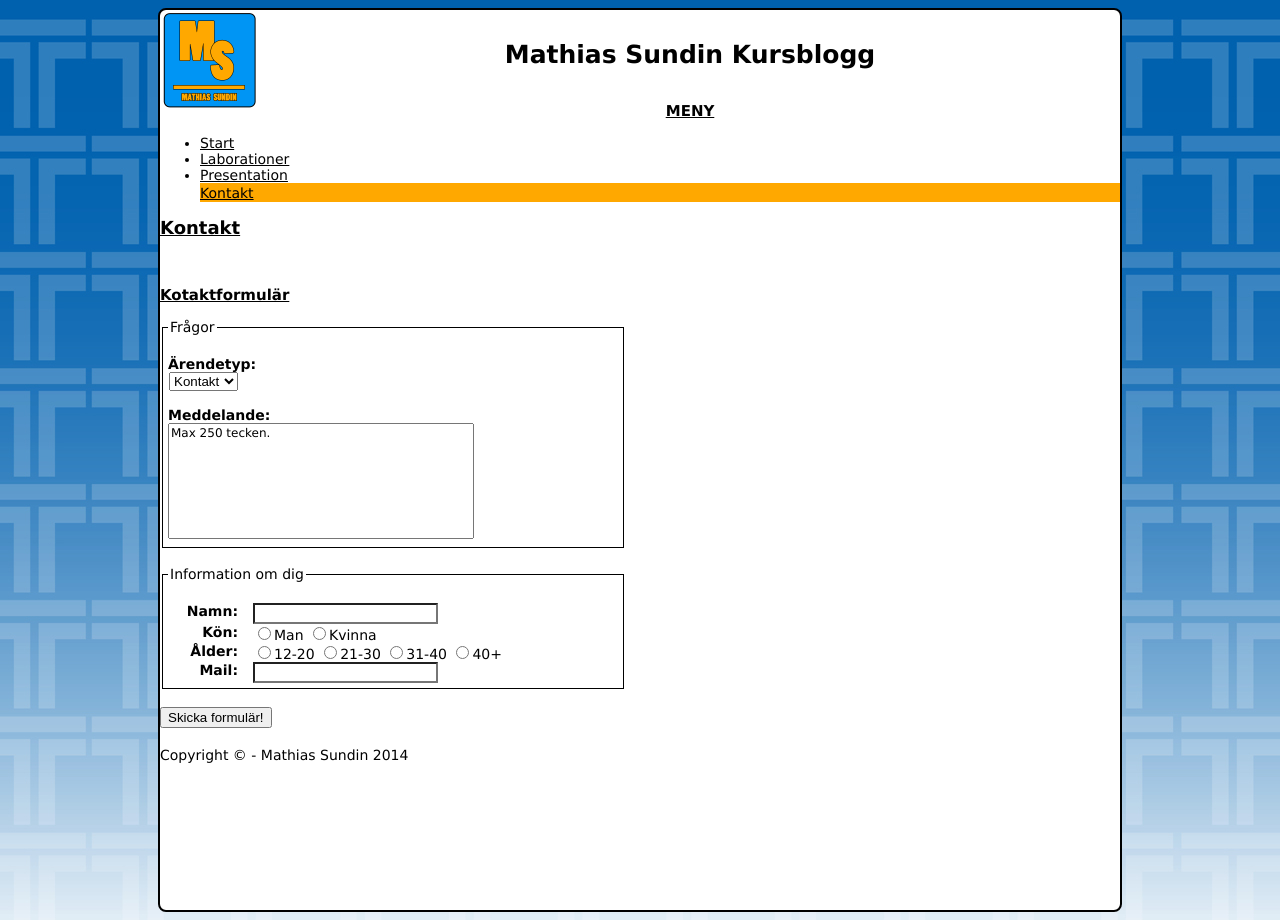
Repository: ms223uh/1ik415-laborationer
Page: www/pages/kontakt.html
The author's editor kept a record of every edit. The page is drawn from the files as they stood at one moment, then again after the next edit.
The browser window is 1280 px wide. The pictures show the whole page.

Above is the page before.

### www/pages/kontakt.html
<!DOCTYPE html>

<html lang="sv">

    <head>
       <meta http-equiv="content-type" content="text/html; charset=utf-8" />
        <meta name="viewport" content="width=device-width, initial-scale=1.0" />

    <link rel="stylesheet" href="../css/style.css">
    <link rel="stylesheet" type="text/css" media="only screen and (max-width: 480px)" href="../css/mobile.css" />
    <link rel="stylesheet" href="../css/print.css">

        <title>Mathias Sundin</title>
    </head>
    <body>
    <!--Startsida-->

    <section>


    <head>

           <img src="..pics/logo1.png" width="100" height="100" alt="Logotyp för hemsidan" style="float: left;">

            <h4>Mathias Sundin Kursblogg</h4>







        </head>




<meny>

<header3><h3>MENY</h3></header3>
        <ul>
            <li><a class="index" href="../index.html">Start</a></li>
            <li><a class="laborationer" href="laborationer.html">Laborationer</a></li>
            <li><a class="presentation" href="presentation.html">Presentation</a></li>
            <li class="active"><a class="kontakt" href="kontakt.html">Kontakt</a></li>

        </ul>





</div>

        <div id="content">


        <h2>Kontakt</h2>

        <br>

        <h3>Kotaktformulär</h3>

        <form action="http://voyager.lnu.se/tekinet/kurser/dtt/wp_webbintro/form.php" method="post" >
        <fieldset>
        <br>
        <legend>Frågor</legend>
            <label for="Ärende">Ärendetyp: <select name="Ärende"></label>
                <option value="Kontakt">Kontakt</option>
                <option value="Support">Support</option>
            </select>
            <br>
            <br>
            <label for="Meddelande">Meddelande:</label>
            <br>
            <textarea rows="5" cols="30" maxlength="250" name="Meddelande" required>Max 250 tecken.</textarea>

        </fieldset>

        <br>

        <fieldset>


        <legend>Information om dig</legend>
        <br>
            <label for="Namn">Namn:</label> <input type="text" name="Namn" required>
            <br>
            <label for="Kön">Kön:</label> <input type="radio" name="Kön" value="man" >Man
            <input type="radio" name="Kön" value="kvinna" required>Kvinna
            <br>
            <label for="Ålder">Ålder:</label> <input type="radio" name="Ålder" value="12-20" required>12-20 <input type="radio" name="Ålder" value="21-30"required>21-30 <input type="radio" name="Ålder" value="31-40" required>31-40 <input type="radio" name="Ålder" value="40+" required>40+
            <br>
            <label for="Mail">Mail:</label> <input type="text" name="Mail" required>
        </fieldset>
           <br>
           <button type="submit">Skicka formulär!</button>
          </form>




           </div>

    <div id="footer">

        <p>Copyright © - Mathias Sundin 2014</p>

    </div>


        </div>




    </body>
</html>

### www/css/style.css

/* Layout */

body
{
    background: url(pics/backgroundimage2.jpeg) no-repeat;
}


section
{
    background-color: #ffffff;
    width: 960px;
    height: 900px;
    margin-right: auto;
    margin-left: auto;
    border: solid 2px #000000;
    border-radius: 8px;

}




header
{
    width: 958px;
    height: 155px;
    background-color: #FFFFFF;
    border-radius: 8px;
    border-bottom: solid 2px #000000;
    margin-top: 0px;
    background: url(pics/backgroundimage8.jpeg) no-repeat;


}


header2
{
    width: auto;
    height: 25px;
    background-color: #0095F4;
    border-bottom: solid 2px #000000;
    text-align: center;
    border-radius: 8px;
    margin-top: 0px;
}


header3
{
    width: auto;
    height: 25px;
    background-color: #0095F4;
    border-bottom: solid 2px #000000;
    text-align: center;
    border-radius: 8px;
    margin-top: -15px;
}




main
{
    height: 695px;
    background-color: #ffffff;
    margin-left: 205px;
    margin-top: 0px;
    padding: 8px;
    overflow: auto;
    border-left: solid 2px #000000;
}




nav
{
    /*background-image: url('pics/sprite.png') no-repeat;*/
    width: 190px;
    height: 182px;
    background-color: #FFFFFF;
    border: solid 2px #000000;
    float: left;
    margin-top: 7px;
    margin-left: 6px;
    border-radius: 8px;

}


nav a:link { text-decoration: none; color: #000000; font-family: verdana; font-size: 16px;}
nav a:visited { text-decoration: none; color: #000000; font-family: verdana; font-size: 16px; }
nav a:active { text-decoration: none; color: #000000; font-family: verdana; font-size: 16px; }
nav li a:hover { text-decoration: none; color: #CCCCCC; font-family: verdana; font-size: 16px; background: #0095F4; }


nav li
{
    list-style: none;
    margin: 8px;
}

nav a
{
    background-image: url('pics/sprite.png');
    background-repeat:no-repeat;
    padding-left: 28px;
    padding-bottom: 5px;
}




footer
{
    background-color: #0095F4;
    width: auto;
    height: 30px;
    border-radius: 8px;
    border-top: solid 2px #000000;
    text-align: center;
    vertical-align: middle;
    margin-top: -36px;

}


footer2
{
    background-color: #0095F4;
    width: auto;
    height: 30px;
    border-radius: 8px;
    border-top: solid 2px #000000;
    text-align: center;
    vertical-align: middle;

}


footer3
{
    width: auto;
    height: 25px;
    background-color: #0095F4;
    border-top: solid 2px #000000;
    text-align: center;
    border-radius: 8px;
    margin-top: -157px;
}


quotes
{
    wid
    font-family: verdana;
    font-size: 12px;
    color: #333
    border: solid 1px #000;
    display: block;
    font-style: italic;



}



/* Typografi */


p
{
    font-family: Verdana; font-size: 14px; color: #000000;
    white-space: pre-line;
    padding-top: 5px;
}

h2
{
    font-family: Verdana; font-size: 18px; color: #000000; text-decoration: bold; text-decoration: underline;
}

h3
{
   font-family: Verdana; font-size: 15px; color: #000000; text-decoration: bold; text-decoration: underline;
}


h4
{
   font-family: Verdana; font-size: 25px; color: #000000; text-decoration: bold;
   text-align: center;
   margin-top: 0;
   padding-top: 30px;
}




h5
{
   font-family: Verdana; font-size: 15px; color: #5D5F60; text-decoration: bold;


}


ol
{
    font-family: Verdana; font-size: 14px; color: #000000;

}

ul
{
font-family: Verdana; font-size: 14px; color: #000000;

}

a:link { text-decoration: underline; color: #000000; font-family: verdana; font-size: 14px;}
a:visited { text-decoration: none; color: #000000; font-family: verdana; font-size: 14px; }
a:active { text-decoration: none; color: #000000; font-family: verdana; font-size: 14px; }
a:hover { text-decoration: none; color: #CCCCCC; font-family: verdana; font-size: 14px; }





thead
{
    background-color: #0095F4;
     color: #000000; font-family: verdana; font-size: 15px;
}

tfoot
{
    background-color: #0095F4;
     color: #000000; font-family: verdana; font-size: 15px;
}

table {
  border-collapse: collapse;

}


.active
{
    text-decoration: none; color: #FFFFFF; font-family: verdana; font-size: 16px; background: #FFA800
}

.right
{
    float: right;

}


.left
{
    float: left;

}


/* Sprites */

nav li a.index
{
    background-position: 0 -49px;


}

nav li a:hover.index
{
    background: url('pics/sprite.png') no-repeat 0 -1px;
	width: 24px;
	height: 22px

}


nav li a.laborationer
{
    background: url('pics/sprite.png') no-repeat 0 -145px;
	width: 24px;
	height: 22px;

}

nav li a:hover.laborationer
{
    background: url('pics/sprite.png') no-repeat 0 -97px;
	width: 24px;
	height: 22px;

}


nav li a.presentation
{
    background: url(pics/sprite.png) no-repeat -1px -240px;
	width: 22px;
	height: 24px;
    text-indent: 20px;
}

nav li a:hover.presentation
{
    background: url('pics/sprite.png') no-repeat -1px -192px;
	width: 22px;
	height: 24px;

}


nav li a.kontakt
{
    background: url('pics/sprite.png') no-repeat 0 -336px;
	width: 24px;
	height: 24px;

}

nav li a:hover.kontakt
{
    background: url('pics/sprite.png') no-repeat 0 -288px;
	width: 24px;
	height: 24px;

}


/* Kontaktformulär */

fieldset {
  padding: 5px;
  font-family: verdana;
  font-size: 14px;
  width: 450px;
  border: solid 1px #000000;
  }

label {
  float: left;
  width: 70px;
  margin-right: 15px;
  font-weight: bold;
  font-family: verdana;
  font-size: 14px;
  color: #000000;
  text-align: right;

  }

  textarea
  {
      width: 300px;
      height: 110px;
      resize: none;
      font-family: verdana;
      font-size: 12px;
      color: #000000;
  }

  input:invalid {
  background: #ffffff;
}

input:valid {
  background: #ffffff;
}

### www/css/print.css
@media print {


body {
    background:white; color:black;
}


#head, #head2, #head3, #meny, #footer, #footer2, #footer3
{
    display: none;
}


#wrapper, #content
{
   border: none;
   overflow: visible;
   margin: 0 auto;

}


a:link:after, a:visited:after
{
    content:" [" attr(href) "] ";

}


video
{
    display: none;
}


}

### www/css/mobile.css
@media screen and (max-width:480px){


body
{
  width: 100%;
  background: none;
    padding: 0;
    margin: 0;
}

#wrapper
{
 width: 100%;
 border: none;
 padding: 0;
 margin: 0;
}

#head
{
 width: 100%;
 border: solid 2px #000000;
 padding: 0;
 margin: 0;
 border: none;

}


#head3
{
 border: none;
 width: 100%;
 padding: 0;
    margin: 0;
}



#content
{
  width: 100%;
  border: none;
  margin-left: 0;
  height: auto;
  padding: 0;
  margin: 0;
}


#footer
{
 width: 100%;
 border: none;

}


#meny
{
width: 100%;
border: none;
padding: 0;
margin: 0;
}






.leftt{
 width:200px;
}

}


fieldset {
  padding: 0;
  font-family: verdana;
  font-size: 14px;
  width: auto;
  border: none;
  }

label {
  float: left;
  width: 70px;
  margin-right: 0;
  font-weight: bold;
  font-family: verdana;
  font-size: 14px;
  color: #000000;
  text-align: right;
  border: none;
  }

After the next edit:
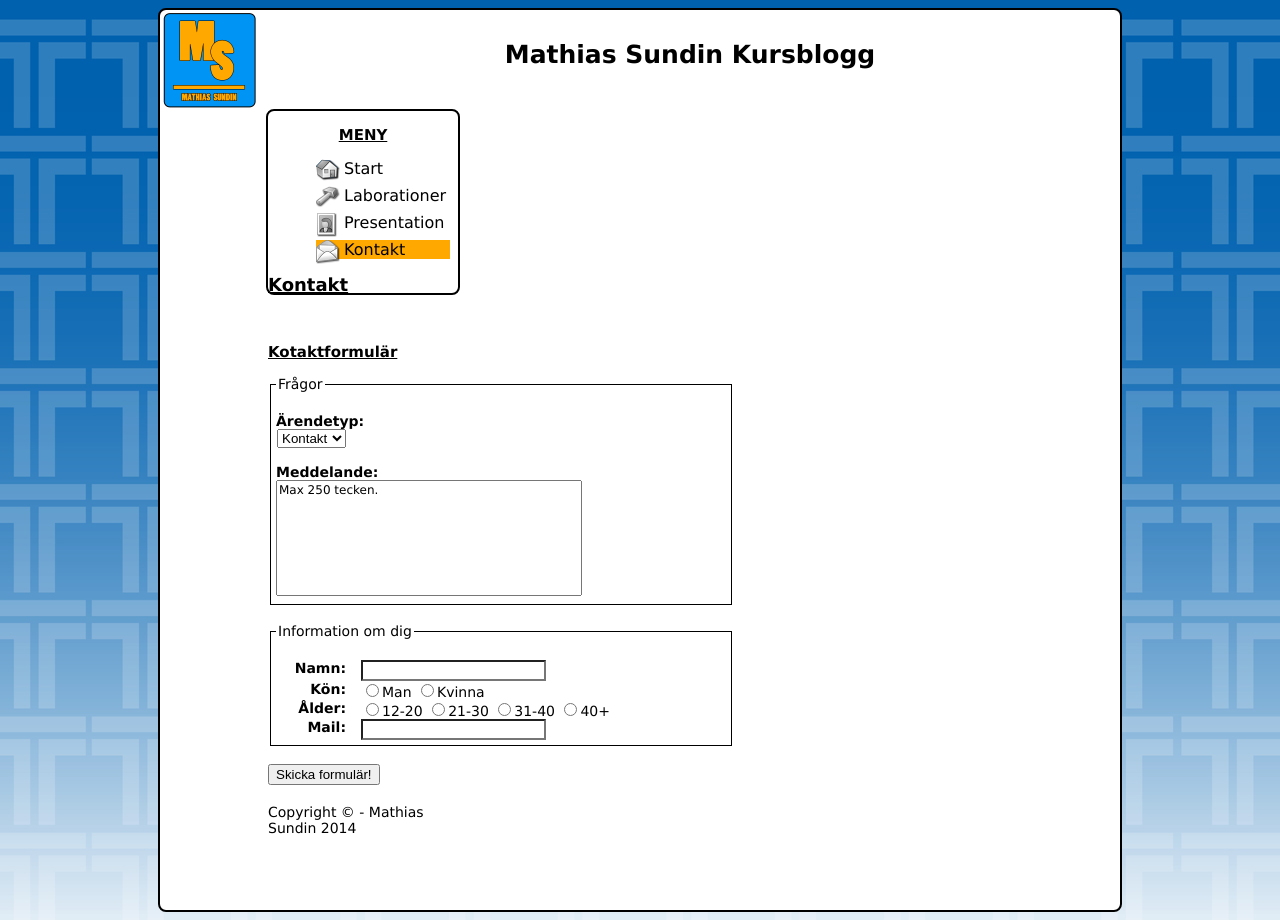
The edit:
--- a/www/pages/kontakt.html
+++ b/www/pages/kontakt.html
@@ -35,7 +35,7 @@
 
 
 
-<meny>
+<nav>
 
 <header3><h3>MENY</h3></header3>
         <ul>
